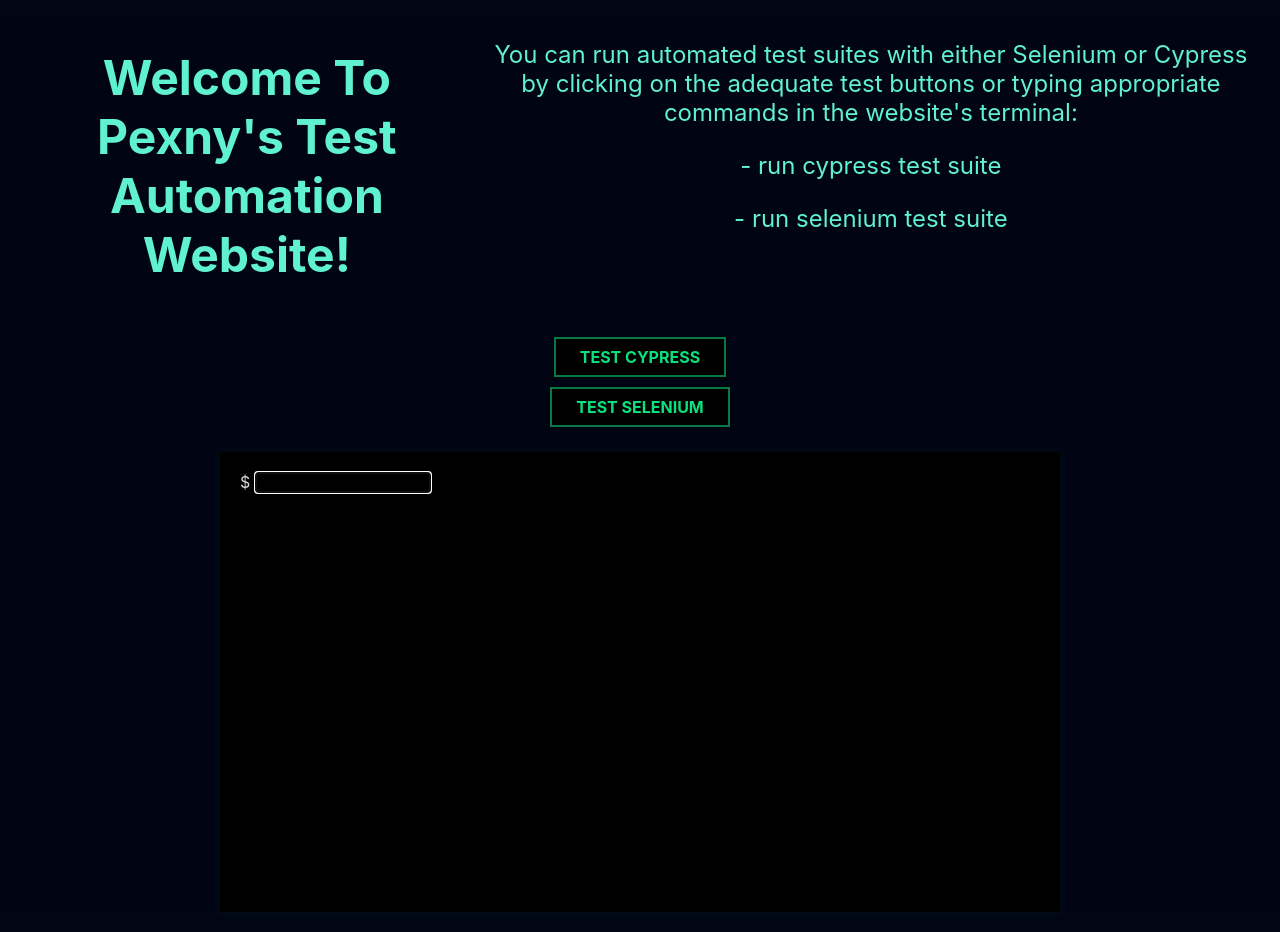
Repository: p3xny/Test-Automation-Website
Page: / (app in client/)
The author's editor kept a copy of each file at every save. The page is drawn from the files as they stood at one save, then again after the next save.
The browser window is 1280 px wide. The pictures show the whole page.
The project was rebuilt for these pictures with package versions that can differ from the ones it lists, and the page was loaded fresh each time. Also part of the build but not shown: client/src/components/UI/TestMenu.js, client/src/components/UI/Card.module.css, client/src/components/UI/Card.js.

Above is the page before, as saved 2023-08-24 20:30:54.

After the next save:
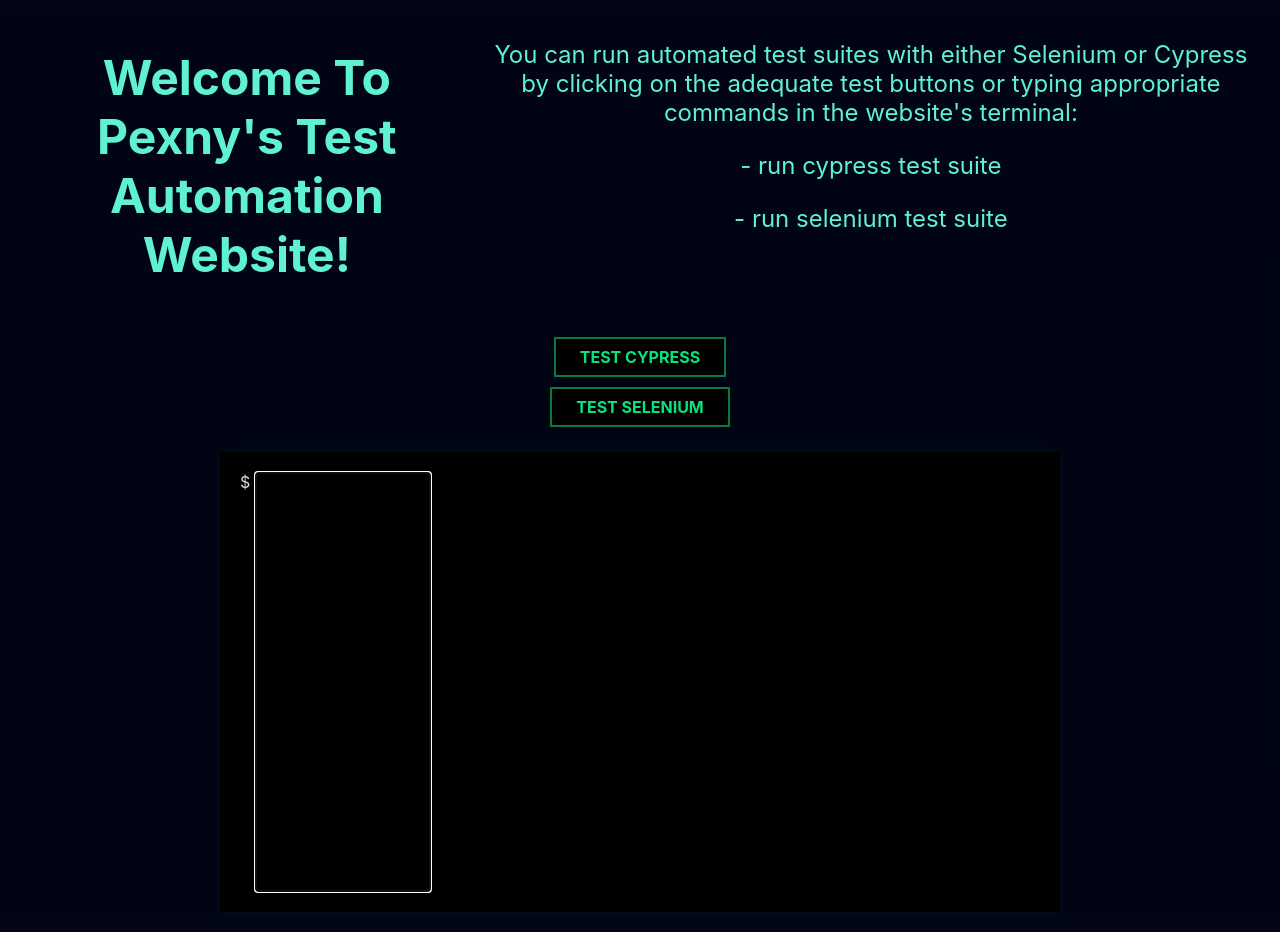
Saved 25 s later.
--- a/client/src/components/Terminal/Terminal.js
+++ b/client/src/components/Terminal/Terminal.js
@@ -92,7 +92,7 @@
   };
 
   return (
-    <div className={styles.terminal}>
+    <form className={styles.terminal}>
       <div id="output">
         {terminalOutput.map((message, index) => (
           <pre key={index} className={styles.outputContent}>
@@ -111,7 +111,7 @@
           autoFocus
         />
       </form>
-    </div>
+    </form>
   );
 };
 

After the 4 saves that followed:
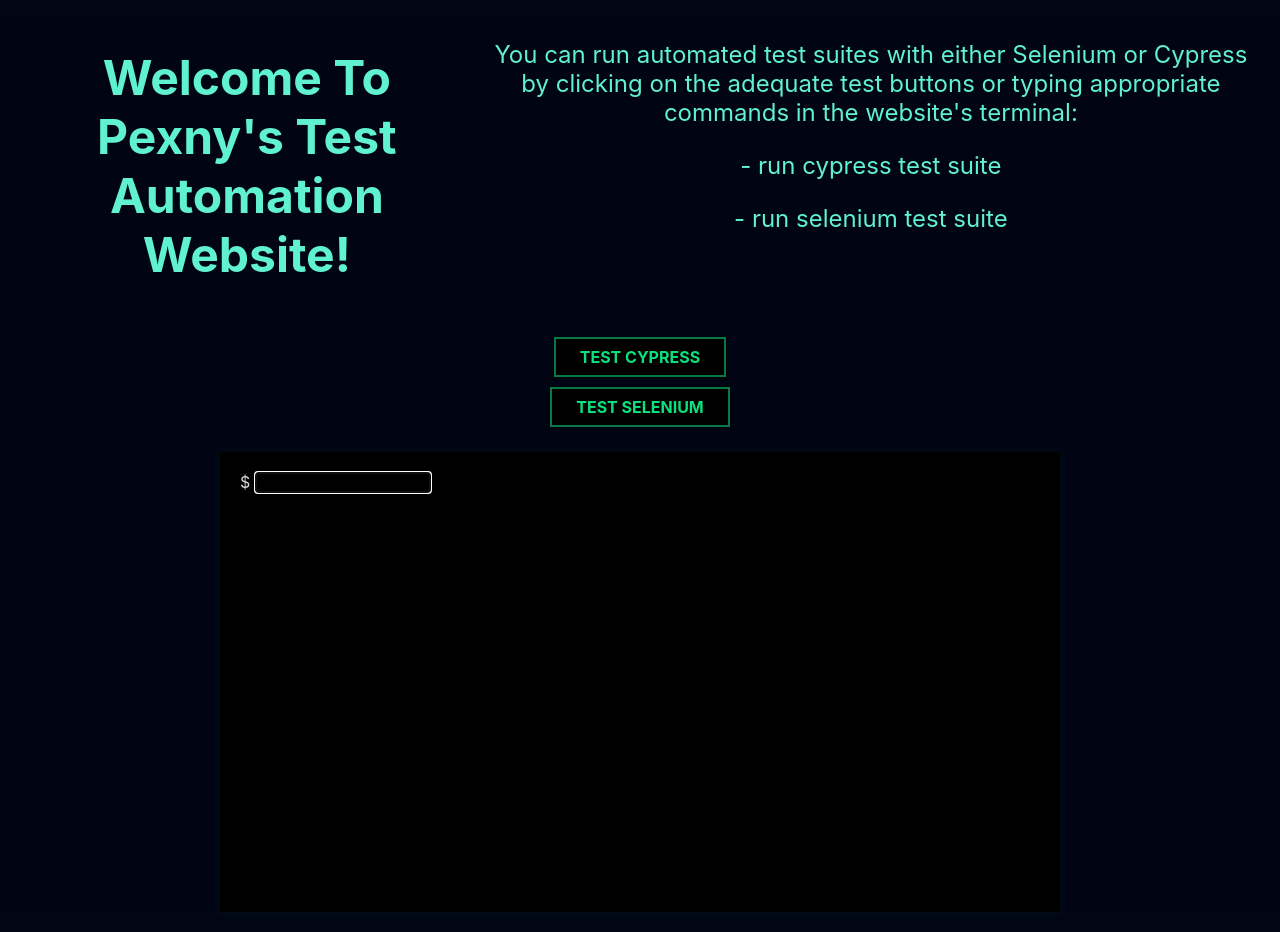
The 4 saves are shown as one change because 3 left the picture as it was.
The last was saved 90 s later.
--- a/client/src/components/Terminal/Terminal.js
+++ b/client/src/components/Terminal/Terminal.js
@@ -92,7 +92,7 @@
   };
 
   return (
-    <form className={styles.terminal}>
+    <div className={styles.terminal}>
       <div id="output">
         {terminalOutput.map((message, index) => (
           <pre key={index} className={styles.outputContent}>
@@ -111,7 +111,7 @@
           autoFocus
         />
       </form>
-    </form>
+    </div>
   );
 };
 
